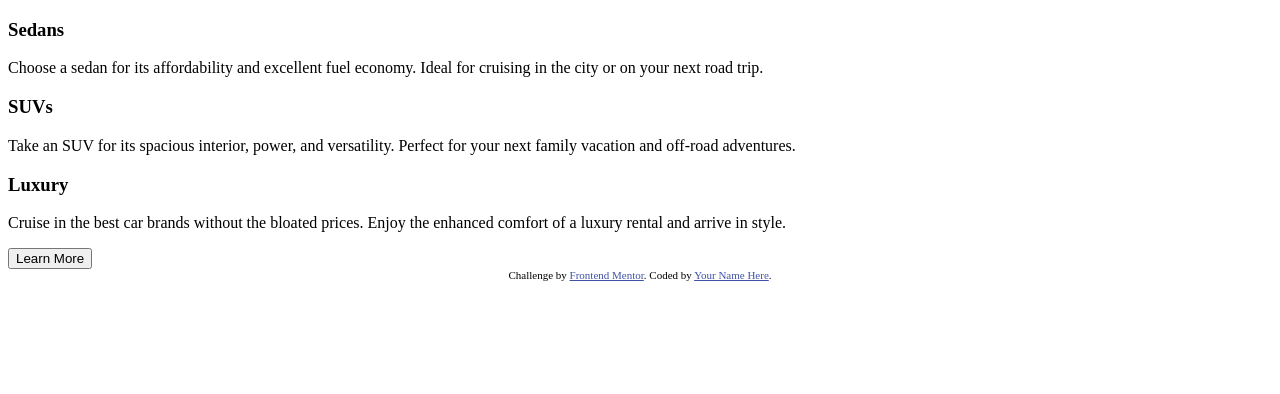
Repository: viniciussnt/3-column-preview-card
Page: index.html
An editor plug-in stored every save of this project. The page is shown before and after a run of saves, followed by the edit.
The browser window is 1280 px wide. The pictures show the whole page.

Above is the page before, as saved 2023-09-15 10:21:26.

### index.html
<!DOCTYPE html>
<html lang="en">
<head>
  <meta charset="UTF-8">
  <meta name="viewport" content="width=device-width, initial-scale=1.0">
  <link rel="icon" type="image/png" sizes="32x32" href="./images/favicon-32x32.png">
  <link rel="stylesheet" href="./styles/style.css">

  <title>Frontend Mentor | 3-column preview card component</title>

  <!-- Feel free to remove these styles or customise in your own stylesheet 👍 -->
  <style>
    .attribution { font-size: 11px; text-align: center; }
    .attribution a { color: hsl(228, 45%, 44%); }
  </style>
</head>
<body>
  <div class="container">
    <article>
      <section class="sedans">
        <div class="img-box"></div>
        <h1 class="title">Sedans</h1>
        <p>Choose a sedan for its affordability and excellent fuel economy. Ideal for cruising in the city
          or on your next road trip.</p>
      </section>

      <section class="suvs">
        <div class="img-box"></div>
        <h1 class="title">SUVs</h1>
        <p>Take an SUV for its spacious interior, power, and versatility. Perfect for your next family vacation
          and off-road adventures.</p>
      </section>

      <section class="luxury">
        <div class="img-box"></div>
        <h1 class="title">Luxury</h1>
        <p>Cruise in the best car brands without the bloated prices. Enjoy the enhanced comfort of a luxury
          rental and arrive in style.</p>

          <button>Learn More</button>
      </section>
    </article>
  </div>

  <div class="attribution">
    Challenge by <a href="https://www.frontendmentor.io?ref=challenge" target="_blank">Frontend Mentor</a>.
    Coded by <a href="#">Your Name Here</a>.
  </div>
</body>
</html>

Loaded but not shown: styles/style.css (no stored copy; drawn as an empty file)

After the next 2 saves:
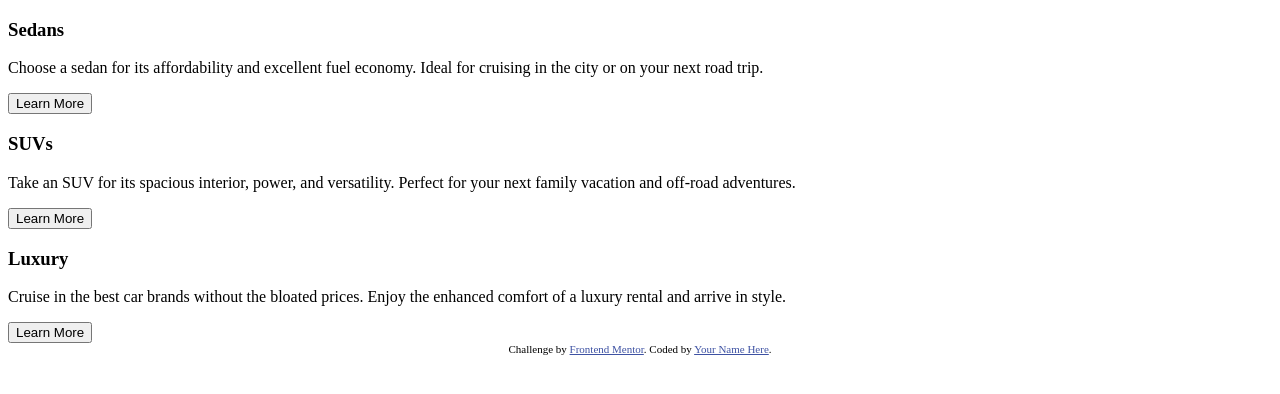
The 2 saves are shown as one change because they came seconds apart.
The last was saved 15 s later.
--- a/index.html
+++ b/index.html
@@ -22,6 +22,8 @@
         <h1 class="title">Sedans</h1>
         <p>Choose a sedan for its affordability and excellent fuel economy. Ideal for cruising in the city
           or on your next road trip.</p>
+
+          <button>Learn More</button>
       </section>
 
       <section class="suvs">
@@ -29,6 +31,8 @@
         <h1 class="title">SUVs</h1>
         <p>Take an SUV for its spacious interior, power, and versatility. Perfect for your next family vacation
           and off-road adventures.</p>
+
+          <button>Learn More</button>
       </section>
 
       <section class="luxury">
